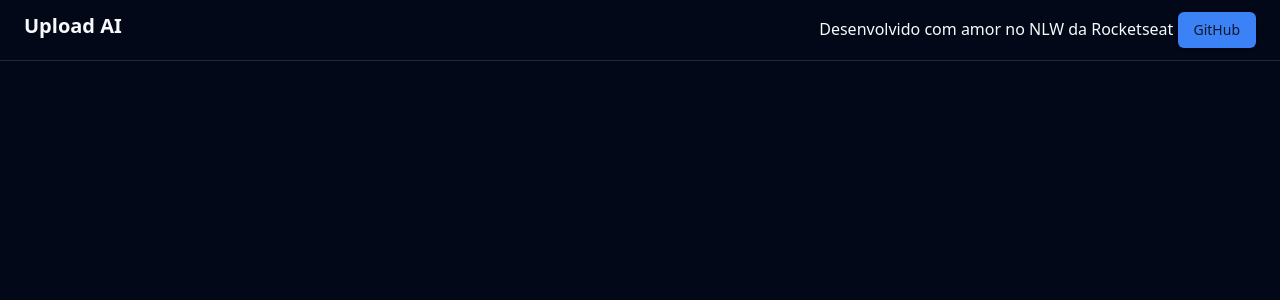
Repository: brksaian/nlw-2023-IA
Page: /
The author's editor kept a copy of each file at every save. The page is drawn from the files as they stood at one save, then again after the next save.
The browser window is 1280 px wide. The pictures show the whole page.
The project was rebuilt for these pictures with package versions that can differ from the ones it lists, and the page was loaded fresh each time. Also part of the build but not shown: vite.config.ts.

Above is the page before, as saved 2023-09-12 21:34:20.

### index.html
<!DOCTYPE html>
<html lang="en">
  <head>
    <meta charset="UTF-8" />
    <meta name="viewport" content="width=device-width, initial-scale=1.0" />
    <title>Upload AI</title>
  </head>
  <body>
    <div id="root"></div>
    <script type="module" src="/src/main.tsx"></script>
  </body>
</html>

### src/App.tsx
import { Button } from "./components/ui/button";

export function App() {
  return (
    <div>
      <div className="px-6 py-3 flex item-center justify-between border-b">
        <h1 className="text-xl font-bold">Upload AI</h1>

        <div>
          <span>Desenvolvido com amor no NLW da Rocketseat </span>
          <Button>GitHub</Button>
        </div>
      </div>
    </div>
  );
}

### src/index.css
@tailwind base;
@tailwind components;
@tailwind utilities;

@layer base {
  :root {
    --background: 222.2 84% 4.9%;
    --foreground: 210 40% 98%;
    --card: 222.2 84% 4.9%;
    --card-foreground: 210 40% 98%;
    --popover: 222.2 84% 4.9%;
    --popover-foreground: 210 40% 98%;
    --primary: 217.2 91.2% 59.8%;
    --primary-foreground: 222.2 47.4% 11.2%;
    --secondary: 217.2 32.6% 17.5%;
    --secondary-foreground: 210 40% 98%;
    --muted: 217.2 32.6% 17.5%;
    --muted-foreground: 215 20.2% 65.1%;
    --accent: 217.2 32.6% 17.5%;
    --accent-foreground: 210 40% 98%;
    --destructive: 0 62.8% 30.6%;
    --destructive-foreground: 210 40% 98%;
    --border: 217.2 32.6% 17.5%;
    --input: 217.2 32.6% 17.5%;
    --ring: 224.3 76.3% 48%;

    --radius: 0.5rem;
  }
}

@layer base {
  * {
    @apply border-border;
  }
  body {
    @apply bg-background text-foreground;
  }
}

### src/components/ui/button.tsx
import * as React from "react"
import { Slot } from "@radix-ui/react-slot"
import { cva, type VariantProps } from "class-variance-authority"

import { cn } from "@/lib/utils"

const buttonVariants = cva(
  "inline-flex items-center justify-center rounded-md text-sm font-medium transition-colors focus-visible:outline-none focus-visible:ring-1 focus-visible:ring-ring disabled:pointer-events-none disabled:opacity-50",
  {
    variants: {
      variant: {
        default:
          "bg-primary text-primary-foreground shadow hover:bg-primary/90",
        destructive:
          "bg-destructive text-destructive-foreground shadow-sm hover:bg-destructive/90",
        outline:
          "border border-input bg-transparent shadow-sm hover:bg-accent hover:text-accent-foreground",
        secondary:
          "bg-secondary text-secondary-foreground shadow-sm hover:bg-secondary/80",
        ghost: "hover:bg-accent hover:text-accent-foreground",
        link: "text-primary underline-offset-4 hover:underline",
      },
      size: {
        default: "h-9 px-4 py-2",
        sm: "h-8 rounded-md px-3 text-xs",
        lg: "h-10 rounded-md px-8",
        icon: "h-9 w-9",
      },
    },
    defaultVariants: {
      variant: "default",
      size: "default",
    },
  }
)

export interface ButtonProps
  extends React.ButtonHTMLAttributes<HTMLButtonElement>,
    VariantProps<typeof buttonVariants> {
  asChild?: boolean
}

const Button = React.forwardRef<HTMLButtonElement, ButtonProps>(
  ({ className, variant, size, asChild = false, ...props }, ref) => {
    const Comp = asChild ? Slot : "button"
    return (
      <Comp
        className={cn(buttonVariants({ variant, size, className }))}
        ref={ref}
        {...props}
      />
    )
  }
)
Button.displayName = "Button"

export { Button, buttonVariants }

Loaded but not shown: src/main.tsx (common file); src/lib/utils.ts (common file); tailwind.config.js (common file)

After the next save:
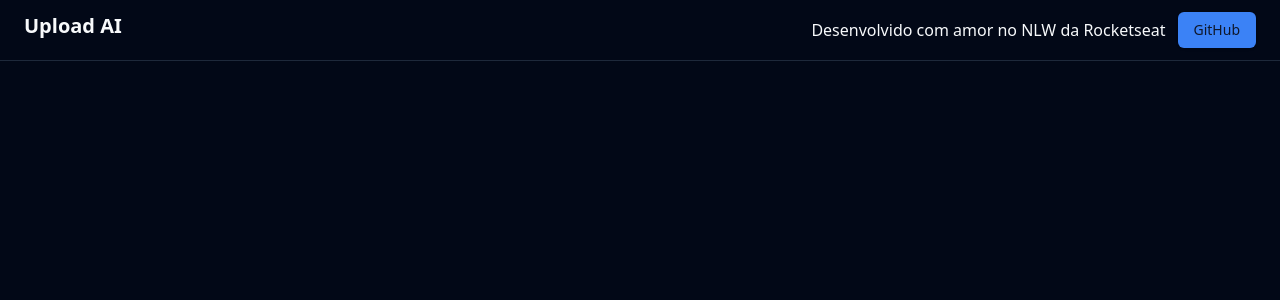
Saved 48 s later.
--- a/src/App.tsx
+++ b/src/App.tsx
@@ -6,8 +6,8 @@ export function App() {
       <div className="px-6 py-3 flex item-center justify-between border-b">
         <h1 className="text-xl font-bold">Upload AI</h1>
 
-        <div>
-          <span>Desenvolvido com amor no NLW da Rocketseat </span>
+        <div className="flex items-center gap-3">
+          <span className="">Desenvolvido com amor no NLW da Rocketseat </span>
           <Button>GitHub</Button>
         </div>
       </div>
